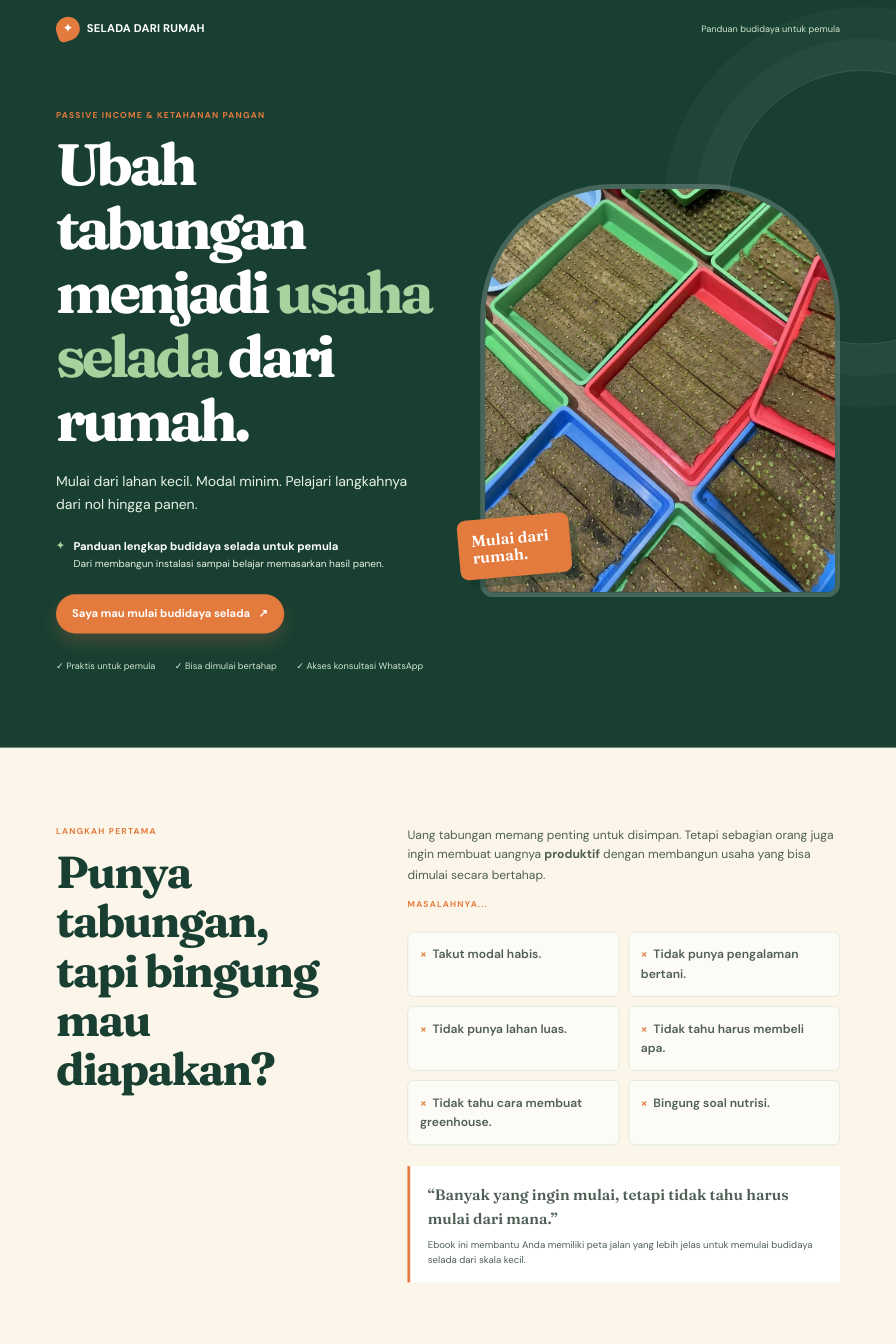
Repository: cchiciaa/Budi-Daya-
Page: index.html
These files come from the project's save history. The page is drawn as it stood at one moment and after the next save; the edit follows.
The browser window is 1280 px wide. The pictures show the part of the page from y = 0 to 1920 px (the page is 9427 px tall), at 70% of full size.

Above is the page before, as saved 2026-09-07 23:34:57.

After the next save:
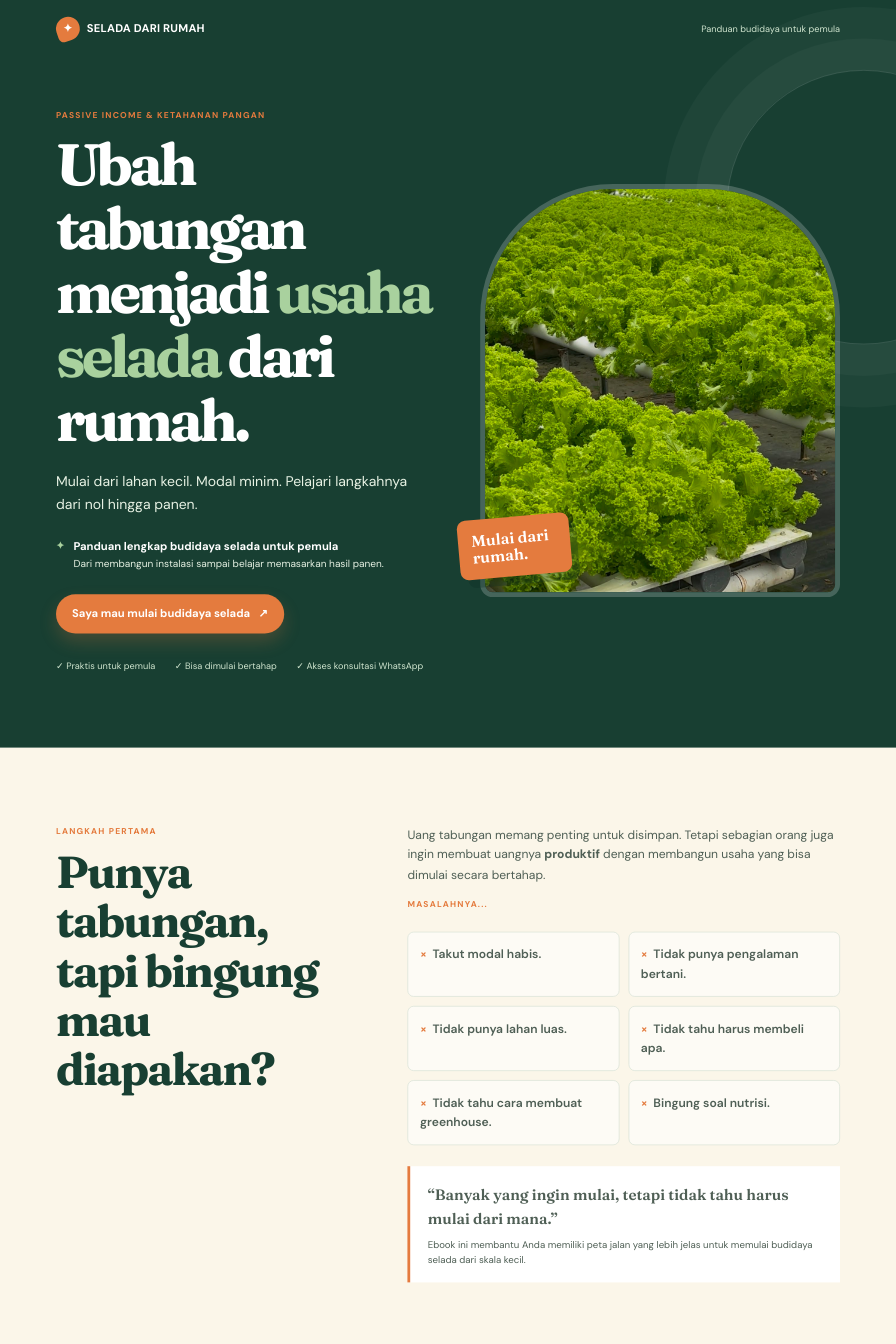
Saved 14 s later.
--- a/index.html
+++ b/index.html
@@ -169,7 +169,7 @@
     <header class="hero">
         <div class="container">
             <nav class="nav"><a class="brand" href="#top"><span class="brand-mark"><span>✦</span></span> SELADA DARI RUMAH</a><span class="nav-tag">Panduan budidaya untuk pemula</span></nav>
-            <div class="hero-grid" id="top"><div><div class="eyebrow">Passive income & ketahanan pangan</div><h1>Ubah tabungan menjadi <em>usaha selada</em> dari rumah.</h1><p class="hero-lead">Mulai dari lahan kecil. Modal minim. Pelajari langkahnya dari nol hingga panen.</p><div class="hero-note"><span class="check">✦</span><div><strong>Panduan lengkap budidaya selada untuk pemula</strong>Dari membangun instalasi sampai belajar memasarkan hasil panen.</div></div><a class="button" href="#pricing">Saya mau mulai budidaya selada <span>↗</span></a><div class="trust-line"><span>✓ Praktis untuk pemula</span><span>✓ Bisa dimulai bertahap</span><span>✓ Akses konsultasi WhatsApp</span></div></div><div class="hero-photo"><img src="photo/WhatsApp%20Image%202026-09-07%20at%2018.20.48.jpeg" alt="Tanaman selada hidroponik di kebun"><div class="photo-label">Mulai dari<br>rumah.</div></div></div>
+            <div class="hero-grid" id="top"><div><div class="eyebrow">Passive income & ketahanan pangan</div><h1>Ubah tabungan menjadi <em>usaha selada</em> dari rumah.</h1><p class="hero-lead">Mulai dari lahan kecil. Modal minim. Pelajari langkahnya dari nol hingga panen.</p><div class="hero-note"><span class="check">✦</span><div><strong>Panduan lengkap budidaya selada untuk pemula</strong>Dari membangun instalasi sampai belajar memasarkan hasil panen.</div></div><a class="button" href="#pricing">Saya mau mulai budidaya selada <span>↗</span></a><div class="trust-line"><span>✓ Praktis untuk pemula</span><span>✓ Bisa dimulai bertahap</span><span>✓ Akses konsultasi WhatsApp</span></div></div><div class="hero-photo"><img src="photo/WhatsApp%20Image%202026-09-07%20at%2018.20.49.jpeg" alt="Kebun selada hidroponik dalam greenhouse"><div class="photo-label">Mulai dari<br>rumah.</div></div></div>
         </div>
     </header>
     <main>
